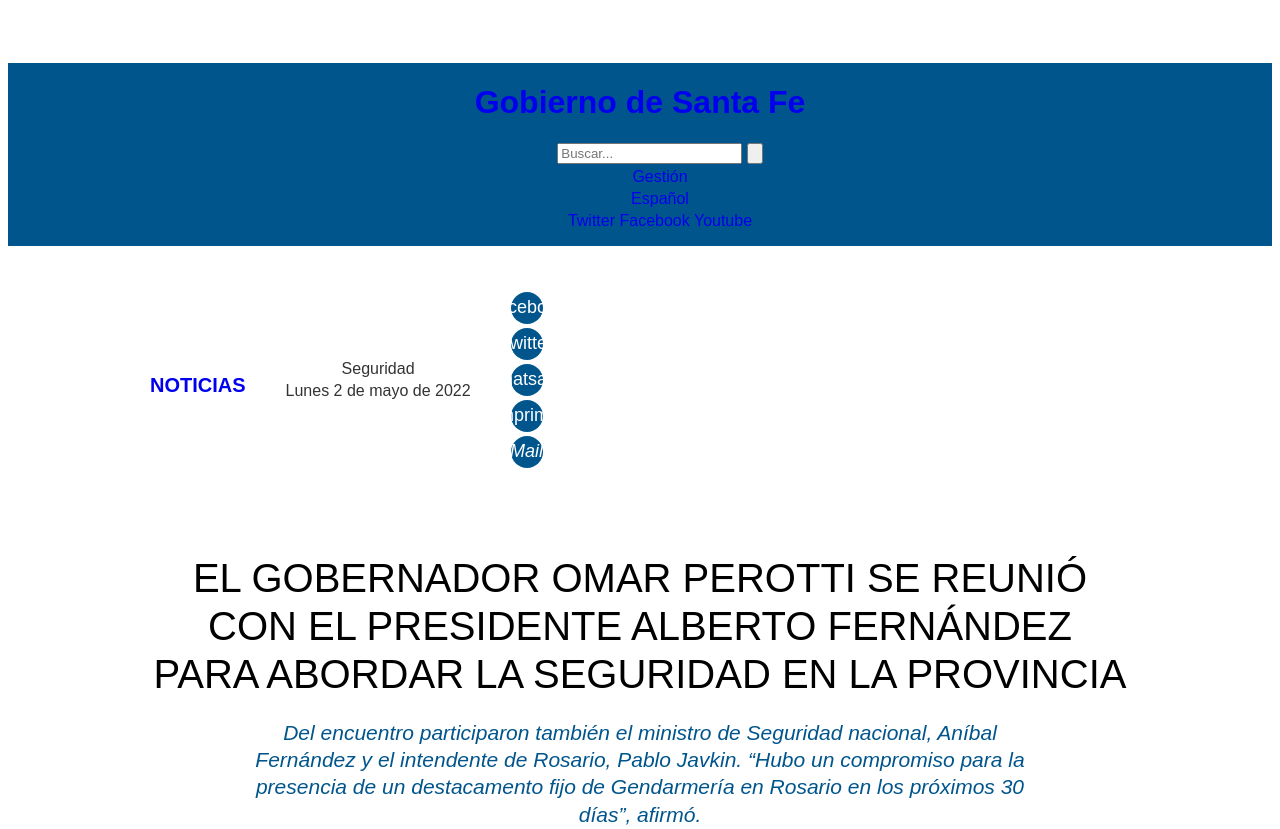
Repository: Larrowo/LPPA
Page: Clase 4/index.html
An editor plug-in stored every save of this project. The page is shown before and after the next save, followed by the edit.
The browser window is 1280 px wide. The pictures show the part of the page from y = 0 to 829 px (the page is 2920 px tall).
A picture or video elsewhere on the page could not be fetched, so the positions and the page height are approximate.

Above is the page before, as saved 2022-05-03 13:23:37.

After the next save:
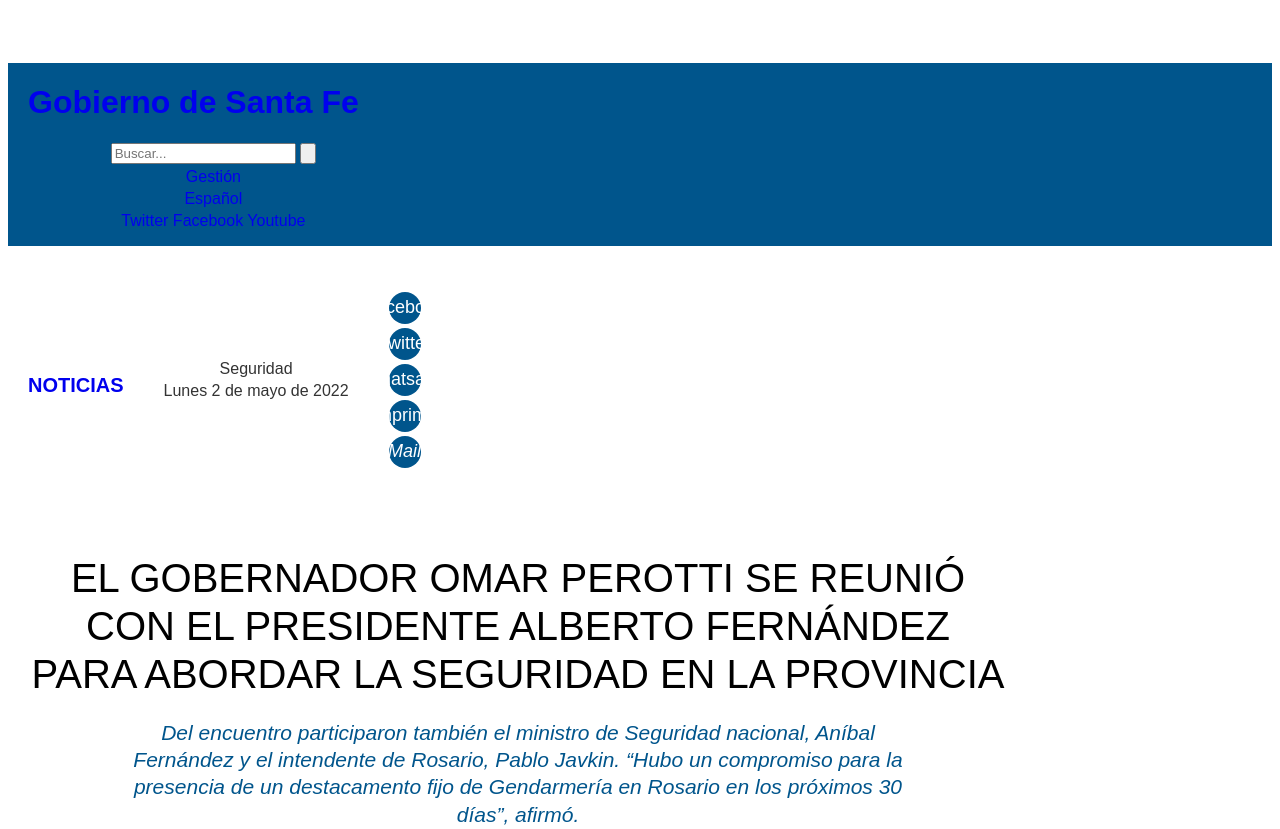
Saved 40 s later.
--- a/Clase 4/style.css
+++ b/Clase 4/style.css
@@ -77,7 +77,7 @@ h2 {
 
 .container {
     max-width: 980px;
-    margin-left: auto;
+    margin-left: 20px;
     margin-right: auto;
 }
 
